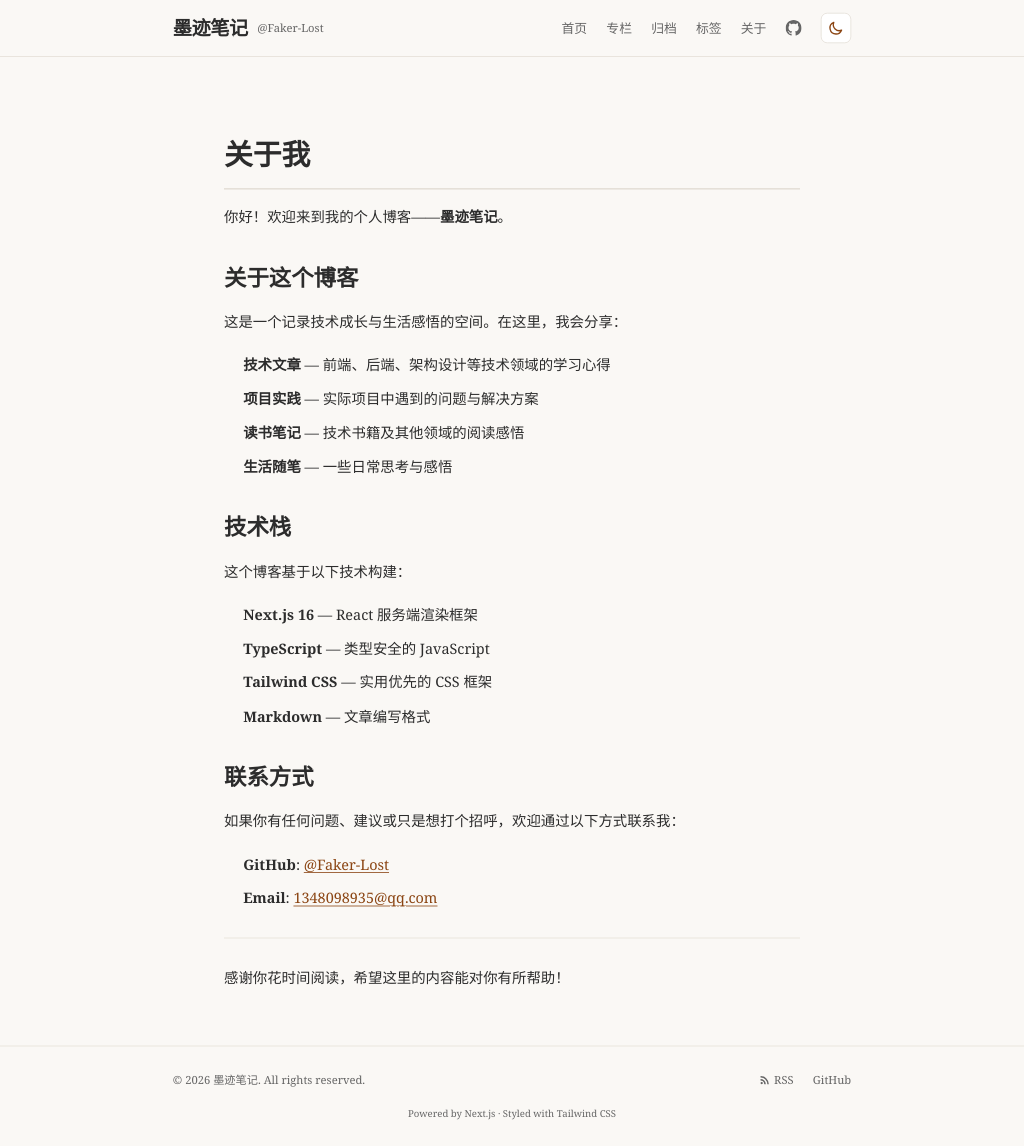
Repository: Faker-Lost/my-blog
Page: /about
An editor plug-in stored every save of this project. The page is shown before and after a run of saves, followed by the edit.
The browser window is 1280 px wide. The pictures show the whole page, at 80% of full size.
The project was rebuilt for these pictures with package versions that can differ from the ones it lists, and the page was loaded fresh each time. The framework's server and built-in components were replaced by stand-ins that run in the browser. Also part of the build but not shown: next.config.ts.

Above is the page before, as saved 2026-02-10 14:29:41.

After the next 2 saves:
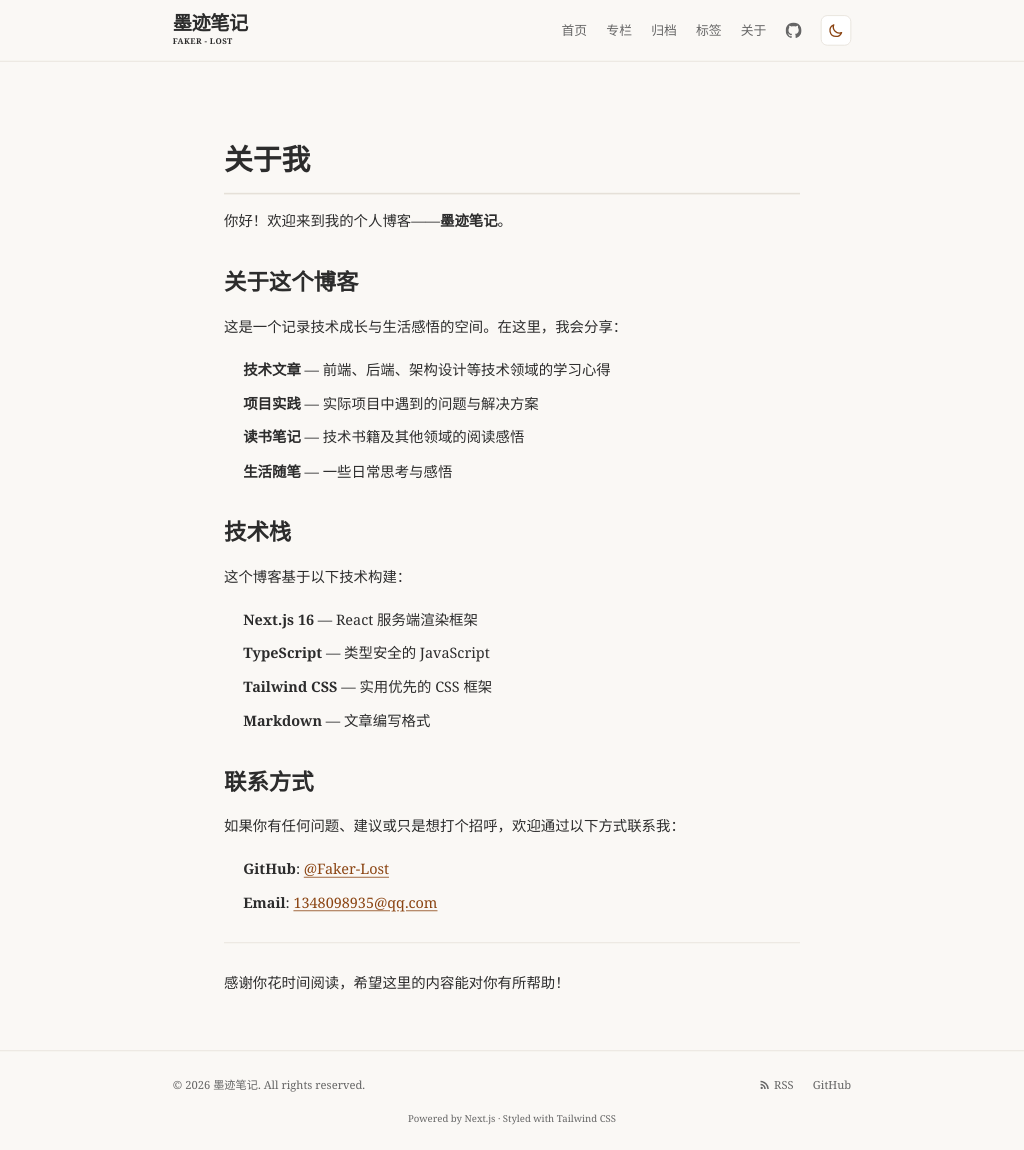
The 2 saves are shown as one change because 1 did not build or start.
The last was saved 38 s later.
--- a/components/Header.tsx
+++ b/components/Header.tsx
@@ -1,32 +1,27 @@
 import Link from 'next/link';
 import ThemeToggle from './ThemeToggle';
+import GlitchText from './GlitchText';
 
 export default function Header() {
   return (
     <header className="border-b border-[var(--border)] bg-[var(--background)]">
       <div className="max-w-4xl mx-auto px-6 py-4 flex items-center justify-between">
         {/* Logo / 站点名称 */}
-        <div className="flex items-center gap-3">
-          <Link
-            href="/"
+        <Link href="/" className="group flex flex-col items-start gap-0.5">
+          <span
             className="text-2xl font-bold tracking-tight text-[var(--foreground)]
-                       hover:text-[var(--accent)] transition-colors"
+                       group-hover:text-[var(--accent)] transition-colors leading-none"
             style={{ fontFamily: "'Noto Serif SC', Georgia, serif" }}
           >
             墨迹笔记
-          </Link>
-          <a
-            href="https://github.com/Faker-Lost"
-            target="_blank"
-            rel="noopener noreferrer"
-            className="text-sm text-[var(--muted)] hover:text-[var(--foreground)] transition-colors"
-          >
-            @Faker-Lost
-          </a>
-        </div>
+          </span>
+          <span className="text-[10px] uppercase tracking-[0.2em] text-[var(--muted)] font-mono">
+            <GlitchText text="Faker - Lost" />
+          </span>
+        </Link>
 
         {/* 导航 */}
-        <nav className="flex items-center gap-6">
+        <nav className="flex items-center gap-5 sm:gap-6">
           <Link
             href="/"
             className="text-[var(--muted)] hover:text-[var(--foreground)] transition-colors"
